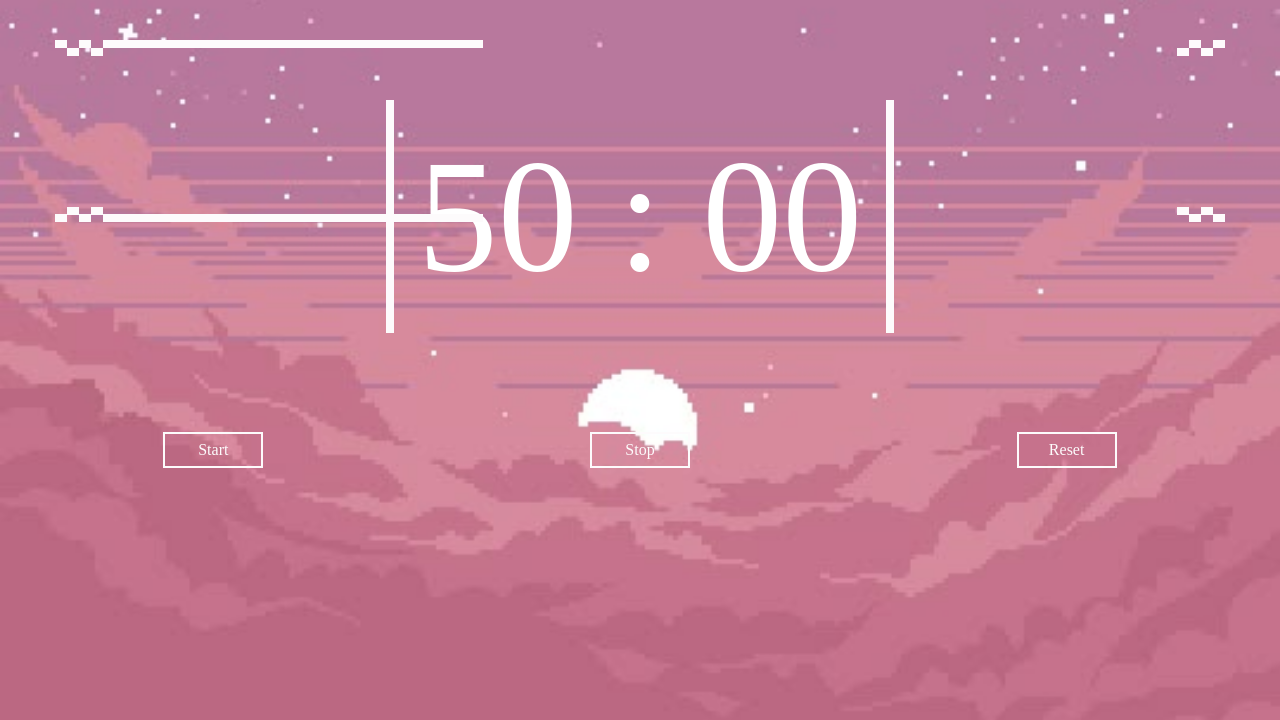
Repository: niharikapatil2306/Study-Timer
Page: index.html
The author's editor kept a copy of each file at every save. The page is drawn from the files as they stood at one save, then again after the next save.
The browser window is 1280 px wide. The pictures show the whole page.
Some web fonts or font styles are not loaded; a fallback is used.

Above is the page before, as saved 2025-02-18 20:25:48.

After the next save:
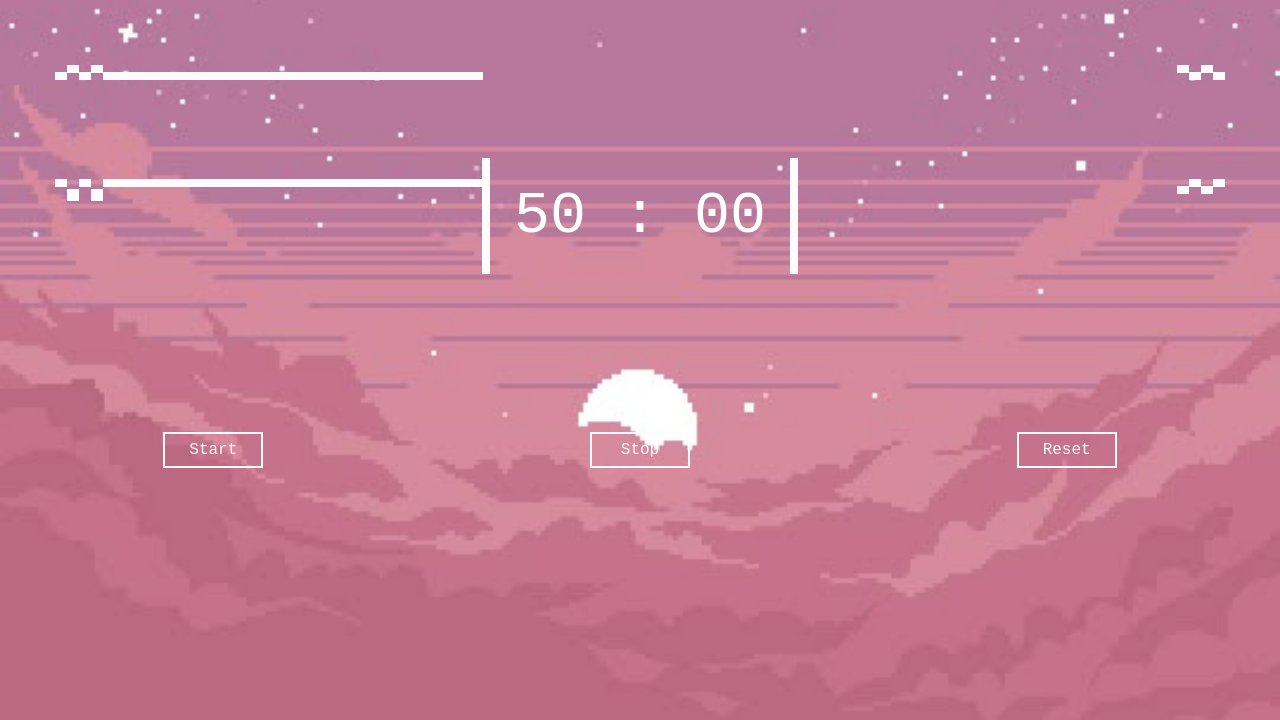
Saved 85 s later.
--- a/style.css
+++ b/style.css
@@ -29,7 +29,7 @@ body {
     height: 8px;
     width: 12px;
     left: 55px;
-    top: 40px;
+    top: 72px;
     background-color: #FDFBFC;
 }
 
@@ -38,7 +38,7 @@ body {
     height: 8px;
     width: 12px;
     left: 79px;
-    top: 40px;
+    top: 72px;
     background-color: #FDFBFC;
 }
 
@@ -47,7 +47,7 @@ body {
     height: 8px;
     width: 380px;
     left: 103px;
-    top: 40px;
+    top: 72px;
     background-color: #FDFBFC;
 }
 
@@ -56,7 +56,7 @@ body {
     height: 8px;
     width: 12px;
     right: 79px;
-    top: 40px;
+    top: 72px;
     background-color: #FDFBFC;
 }
 
@@ -65,7 +65,7 @@ body {
     height: 8px;
     width: 12px;
     right: 55px;
-    top: 40px;
+    top: 72px;
     background-color: #FDFBFC;
 }
 
@@ -74,7 +74,7 @@ body {
     height: 8px;
     width: 12px;
     right: 47px;
-    top: 40px;
+    top: 72px;
     background-color: transparent;
 }
 
@@ -83,7 +83,7 @@ body {
     height: 8px;
     width: 12px;
     left: 47px;
-    top: 191px;
+    top: 179px;
     background-color: transparent;
 }
 
@@ -92,7 +92,7 @@ body {
     height: 8px;
     width: 12px;
     left: 55px;
-    top: 214px;
+    top: 179px;
     background-color: #FDFBFC;
 }
 
@@ -101,7 +101,7 @@ body {
     height: 8px;
     width: 12px;
     left: 79px;
-    top: 214px;
+    top: 179px;
     background-color: #FDFBFC;
 }
 
@@ -110,7 +110,7 @@ body {
     height: 8px;
     width: 380px;
     left: 103px;
-    top: 214px;
+    top: 179px;
     background-color: #FDFBFC;
 }
 
@@ -119,7 +119,7 @@ body {
     height: 8px;
     width: 12px;
     right: 79px;
-    top: 214px;
+    top: 179px;
     background-color: #FDFBFC;
 }
 
@@ -128,7 +128,7 @@ body {
     height: 8px;
     width: 12px;
     right: 55px;
-    top: 214px;
+    top: 179px;
     background-color: #FDFBFC;
 }
 
@@ -137,7 +137,7 @@ body {
     height: 8px;
     width: 12px;
     right: 47px;
-    top: 208px;
+    top: 179px;
     background-color: transparent;
 }
 
@@ -146,7 +146,7 @@ body {
     height: 8px;
     width: 12px;
     left: 67px;
-    top: 48px;
+    top: 65px;
     background-color: #FDFBFC;
 }
 
@@ -155,7 +155,7 @@ body {
     height: 8px;
     width: 12px;
     left: 91px;
-    top: 48px;
+    top: 65px;
     background-color: #FDFBFC;
 }
 
@@ -164,7 +164,7 @@ body {
     height: 8px;
     width: 12px;
     right: 67px;
-    top: 48px;
+    top: 65px;
     background-color: #FDFBFC;
 }
 
@@ -173,7 +173,7 @@ body {
     height: 8px;
     width: 12px;
     right: 91px;
-    top: 48px;
+    top: 65px;
     background-color: #FDFBFC;
 }
 
@@ -182,7 +182,7 @@ body {
     height: 8px;
     width: 12px;
     right: 91px;
-    top: 207px;
+    top: 186px;
     background-color: #FDFBFC;
 }
 
@@ -191,38 +191,36 @@ body {
     height: 8px;
     width: 12px;
     right: 67px;
-    top: 207px;
+    top: 186px;
     background-color: #FDFBFC;
 }
 
 .square19{
     position: fixed;
-    height: 8px;
+    height: 12px;
     width: 12px;
     left: 67px;
-    top: 207px;
+    top: 189px;
     background-color: #FDFBFC;
 }
 
 .square20{
     position: fixed;
-    height: 8px;
+    height: 12px;
     width: 12px;
     left: 91px;
-    top: 207px;
+    top: 189px;
     background-color: #FDFBFC;
 }
 
 .timer{
-    font-family: "Jersey 15", serif;
+    font-family: 'Press Start 2P', monospace;
     height: 60vh;
-    font-size: 160px;
+    font-size: 60px;
     color: white;
     display: flex;
     align-items: center;
     justify-content: center;
-    font-weight: 50;
-    font-variation-settings: "ROND" 0;
 }
 
 .button_container{
@@ -232,7 +230,7 @@ body {
 }
 
 button{
-    font-family: "Jersey 15", serif;
+    font-family: 'Press Start 2P', monospace;
     border: 2px solid #FDFBFC;
     height: 36px;
     width: 100px;
